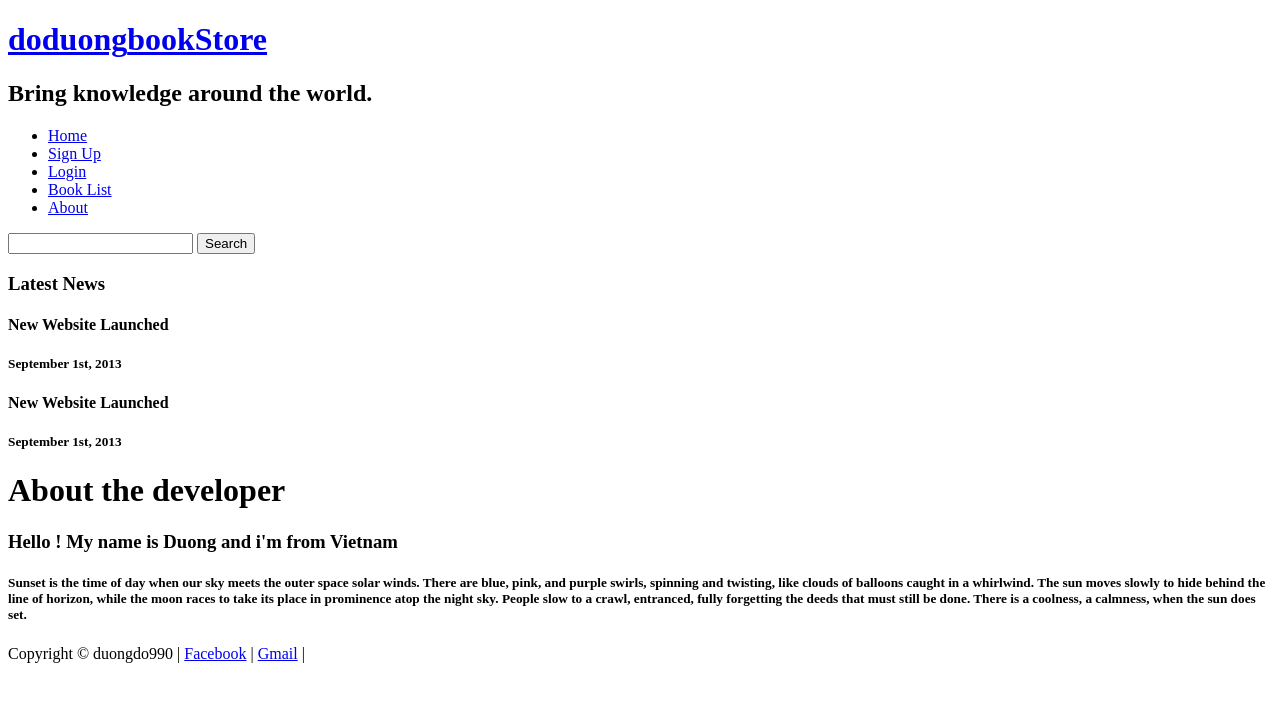
Repository: ngttuyen/JavaWeb
Page: http://localhost/MyWebsite/about.jsp
An editor plug-in stored every save of this project. The page is shown before and after the next save, followed by the edit.
The browser window is 1280 px wide. The pictures show the whole page.
The page is served by Tomcat 9. Other server files are loaded and not shown.

Above is the page before, as saved 2019-06-02 15:06:16.

### MyWebsite/WebContent/about.jsp
<%@page contentType="text/html" pageEncoding="utf-8"%>
<%@ include file="includes/head.jsp"%>
<body>
	<div id="main">
		<div id="header">
			<div id="logo">
				<div id="logo_text">
					<!-- class="logo_colour", allows you to change the colour of the text -->
					<h1>
						<a href="index.jsp">doduong<span class="logo_colour">bookStore</span></a>
					</h1>
					<h2>Bring knowledge around the world.</h2>
				</div>
			</div>
			<div id="menubar">
				<ul id="menu">
					<!-- put class="selected" in the li tag for the selected page - to highlight which page you're on -->
					<li><a href="home">Home</a></li>
					<li><a href="signup">Sign Up</a></li>
					<li><a href="login">Login</a></li>
					<li><a href="book">Book List</a></li>
					<li class="selected"><a href="about">About</a></li>
				</ul>
				<form method="get" action="" id="searchForm">
					<input type="text" name="search" id="search-input"
						class="styled-input">
					<button class="button">Search</button>
				</form>
			</div>
		</div>
		<div id="site_content">
			<%@ include file="/includes/sidebar.jsp"%>
			<div id="content">
				<!-- -------------------------your code here---------------------- --->
				<h1>About the developer</h1>
				<h3>Hello ! My name is Duong and i'm from Vietnam</h3>
				<h5>Sunset is the time of day when our sky meets the outer
					space solar winds. There are blue, pink, and purple swirls,
					spinning and twisting, like clouds of balloons caught in a
					whirlwind. The sun moves slowly to hide behind the line of horizon,
					while the moon races to take its place in prominence atop the night
					sky. People slow to a crawl, entranced, fully forgetting the deeds
					that must still be done. There is a coolness, a calmness, when the
					sun does set.</h5>
				<!-- -------------------------your code here---------------------- --->
			</div>
		</div>
		<div id="footer">
			<!---footer here --->
			<%@ include file="/includes/footer.jsp"%>
		</div>
	</div>
</body>
</html>

### MyWebsite/WebContent/includes/sidebar.jsp
<%@page contentType="text/html" pageEncoding="utf-8"%>
<%@page import="controller.ProcessLogin"%>
<div class="sidebar">
	<!-- insert your sidebar items here -->
	<h3>Latest News</h3>
	<h4>New Website Launched</h4>
	<h5>September 1st, 2013</h5>
	<p></p>
	<h4>New Website Launched</h4>
	<h5>September 1st, 2013</h5>
</div>

### MyWebsite/WebContent/includes/footer.jsp
<%@page contentType="text/html" pageEncoding="utf-8"%>
<div id="footer">
	Copyright &copy; duongdo990 | <a
		href="#">Facebook</a> | <a
		href="#">Gmail</a> |
</div>
</div>

### MyWebsite/WebContent/includes/head.jsp
<%@page contentType="text/html" pageEncoding="utf-8" %>
<!doctype html>
<html>

<head>
  <title>doduong's BookStore</title>
  <meta name="description" content="website description" />
  <meta name="keywords" content="website keywords, website keywords" />
  <meta http-equiv="content-type" content="text/html; charset=windows-1252" />
  <link rel="stylesheet"href="styles/style.css" title="style">
</head>

Loaded but not shown: MyWebsite/MyWebsite/styles/style.css (no stored copy; drawn as an empty file)

After the next save:
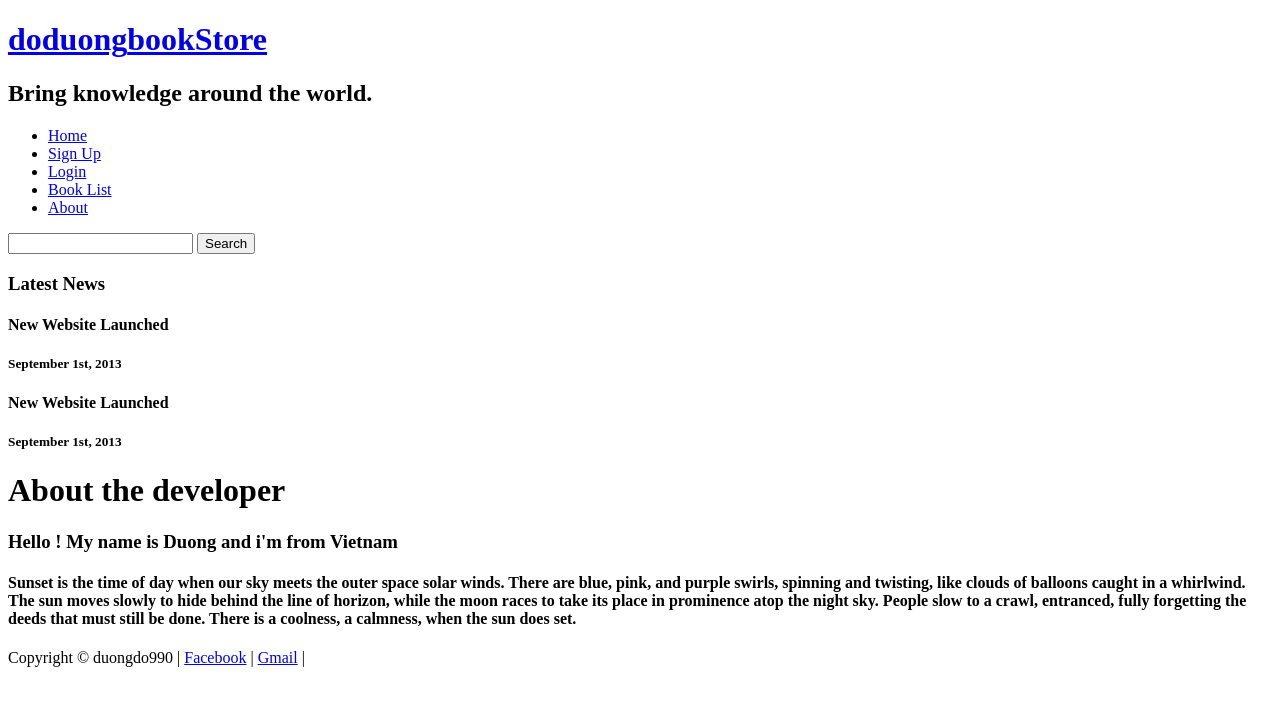
Saved 20 s later.
--- a/MyWebsite/WebContent/about.jsp
+++ b/MyWebsite/WebContent/about.jsp
@@ -34,14 +34,14 @@
 				<!-- -------------------------your code here---------------------- --->
 				<h1>About the developer</h1>
 				<h3>Hello ! My name is Duong and i'm from Vietnam</h3>
-				<h5>Sunset is the time of day when our sky meets the outer
+				<h4>Sunset is the time of day when our sky meets the outer
 					space solar winds. There are blue, pink, and purple swirls,
 					spinning and twisting, like clouds of balloons caught in a
 					whirlwind. The sun moves slowly to hide behind the line of horizon,
 					while the moon races to take its place in prominence atop the night
 					sky. People slow to a crawl, entranced, fully forgetting the deeds
 					that must still be done. There is a coolness, a calmness, when the
-					sun does set.</h5>
+					sun does set.</h4>
 				<!-- -------------------------your code here---------------------- --->
 			</div>
 		</div>
